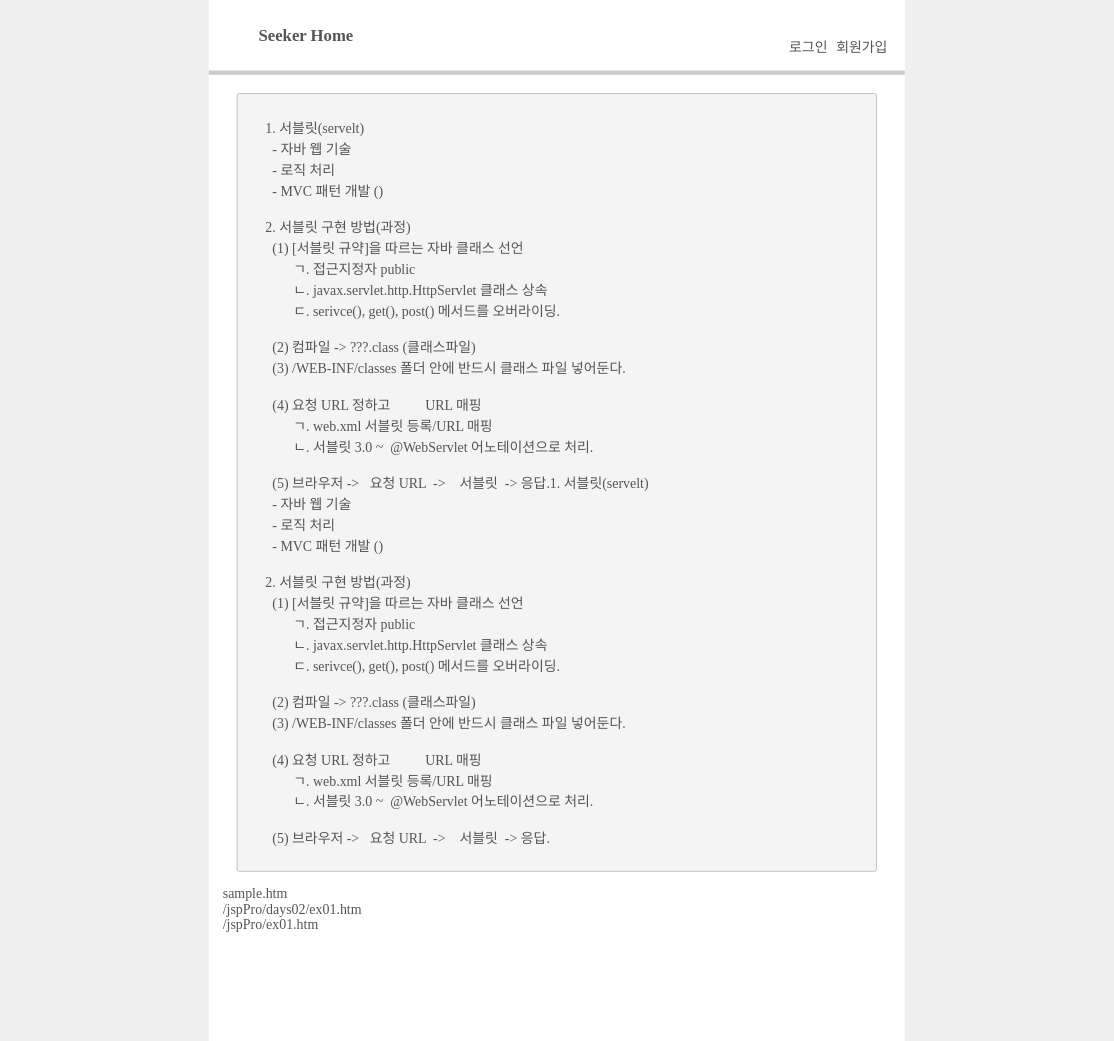
Repository: Seeker2250/JspTest
Page: http://localhost/jspPro/days02/ex03.jsp
The author's editor kept a copy of each file at every save. The page is drawn from the files as they stood at one save, then again after the next save.
The browser window is 1280 px wide. The pictures show the whole page, at 87% of full size.
Some web fonts or font styles are not loaded; a fallback is used. The page is served by Tomcat 9. Other server files are loaded and not shown.

Above is the page before, as saved 2024-10-16 07:17:45.

### jspPro/src/main/webapp/days02/ex03.jsp
<%@ page language="java" contentType="text/html; charset=UTF-8"
    pageEncoding="UTF-8"%>
<!DOCTYPE html>
<html>
<head>
<meta charset="UTF-8">
<title>Insert title here</title>
<link rel="shortcut icon" type="image/x-icon" href="http://localhost/jspPro/images/SiSt.ico">
<script src="https://ajax.googleapis.com/ajax/libs/jquery/3.7.1/jquery.min.js"></script>
<meta name="viewport" content="width=device-width, initial-scale=1.0">
<link rel="stylesheet" href="http://localhost/jspPro/resources/cdn-main/example.css">
<script src="http://localhost/jspPro/resources/cdn-main/example.js"></script>
<style>
 span.material-symbols-outlined{
    vertical-align: text-bottom;
 }
</style>
</head>
<body>
<header>
  <h1 class="main"><a href="#" style="position: absolute;top:30px;">Seeker Home</a></h1>
  <ul>
    <li><a href="#">로그인</a></li>
    <li><a href="#">회원가입</a></li>
  </ul>
</header>
<div>
 <xmp class="code">
    1. 서블릿(servelt)
      - 자바 웹 기술
      - 로직 처리
      - MVC 패턴 개발 ()

    2. 서블릿 구현 방법(과정)
      (1) [서블릿 규약]을 따르는 자바 클래스 선언
            ㄱ. 접근지정자 public
            ㄴ. javax.servlet.http.HttpServlet 클래스 상속
            ㄷ. serivce(), get(), post() 메서드를 오버라이딩.

      (2) 컴파일 -> ???.class (클래스파일)
      (3) /WEB-INF/classes 폴더 안에 반드시 클래스 파일 넣어둔다.

      (4) 요청 URL 정하고          URL 매핑
            ㄱ. web.xml 서블릿 등록/URL 매핑
            ㄴ. 서블릿 3.0 ~  @WebServlet 어노테이션으로 처리.

      (5) 브라우저 ->   요청 URL  ->    서블릿  -> 응답.1. 서블릿(servelt)
      - 자바 웹 기술
      - 로직 처리
      - MVC 패턴 개발 ()

    2. 서블릿 구현 방법(과정)
      (1) [서블릿 규약]을 따르는 자바 클래스 선언
            ㄱ. 접근지정자 public
            ㄴ. javax.servlet.http.HttpServlet 클래스 상속
            ㄷ. serivce(), get(), post() 메서드를 오버라이딩.

      (2) 컴파일 -> ???.class (클래스파일)
      (3) /WEB-INF/classes 폴더 안에 반드시 클래스 파일 넣어둔다.

      (4) 요청 URL 정하고          URL 매핑
            ㄱ. web.xml 서블릿 등록/URL 매핑
            ㄴ. 서블릿 3.0 ~  @WebServlet 어노테이션으로 처리.

      (5) 브라우저 ->   요청 URL  ->    서블릿  -> 응답.
  </xmp>

  <a href="sample.htm">sample.htm</a><br>
  <a href="/jspPro/days02/ex01.htm">/jspPro/days02/ex01.htm</a><br>
  <a href="/jspPro/ex01.htm">/jspPro/ex01.htm</a><br>
</div>
</body>
</html>

### jspPro/src/main/webapp/resources/cdn-main/example.css
@charset "UTF-8";

@import url('https://fonts.googleapis.com/css2?family=Material+Symbols+Outlined:opsz,wght,FILL,GRAD@20..48,100..700,0..1,-50..200');

@font-face {
    font-family: 'GmarketSansMedium';
    src: url('https://cdn.jsdelivr.net/gh/projectnoonnu/noonfonts_2001@1.1/GmarketSansMedium.woff') format('woff');
    font-weight: normal;
    font-style: normal;
}

:root {
	--text-color: #555;
	--sub-text-color: #777;
	--back-color: #EFEFEF;
	--header-color: #444;
	--primary-color: #DEDEDE;
	--secondary-color: #EFEFEF;
	--default-width: 800px;
	--narrow-width: 500px;
	--wide-width: 1200px;
	--text-font: 'GmarketSansMedium';
	--icon-font: 'Material Symbols Outlined';
	--border-color: #CCC;
}

html, body {
	margin: 0;
	padding: 0;
}

html {
	background-color: var(--back-color);
	display: flex;
	justify-content: center;
	min-height: 100vh;
}

body, body.default {
	width: var(--default-width);
	background-color: white;
	padding-bottom: 120px;
}

body.wide {
	width: var(--wide-width);
}

body.narrow {
	width: var(--narrow-width);
}



body, p, div, span, a, input, select, option, textarea, button, table, th, td, label, fieldset, legend {
	font-family: var(--text-font);
	color: var(--text-color);
}

h1, h2, h3 {
	font-family: var(--text-font);
	color: var(--header-color);
	padding: 0 1rem;
	padding-top: .5rem;
}

div > h1, div > h2, div > h3 {
	padding: 0;
}

body > div, body > main > div {
	padding: 0.3rem 1rem;
}


h1 { font-size: 2rem; border-bottom: 1px solid var(--border-color); }
h1 small { font-size: 1.2rem; color: var(--sub-text-color); }
h2 { font-size: 1.5rem; border-bottom: 1px dashed var(--border-color); }
h2 small { font-size: 1.1rem; color: --sub-text-color; }
h3 { font-size: 1.2rem; }
h3 small { font-size: 1rem; color: --sub-text-color; }



h1.main::before {
	font-family: var(--icon-font);
  	content: '\e666';
  	margin-right: 10px;
  	float: left;
	font-size: 2.5rem;
}

h1.sub::before {
	font-family: var(--icon-font);
  	content: '\ea19';
  	margin-right: 10px;
  	float: left;
	font-size: 2.5rem;
}


h1.page::before {
	font-family: var(--icon-font);
  	content: '\e0e0';
  	margin-right: 10px;
  	float: left;
	font-size: 2.5rem;
}

body > header > ul > li > .active{
	background-color: #FFF;
	color:#F00;
}

body > header {
	display: flex;
	justify-content: space-between;
	border-bottom: 5px solid var(--border-color);
	min-height: 74px;
	background-color: #FFF;
}

body > header.sticky {
	position: sticky;
	top: 0;
	z-index: 98;
}

body > header > h1 {
	font-size: 1.2rem;
	border: 0;
}

body > header.in > h1::before {
	font-family: var(--icon-font);
  	content: '\e332‥';
  	margin-right: 3px;
  	float: left;
	font-size: 2rem;
}


body > header > ul {
	list-style-type: none;
	display: flex;
	align-items: flex-end;
	margin-right: 10px;
}

body > header > ul > li {
	margin-right: 10px;
	cursor: pointer;
}

body > header > ul > li > a {
	cursor: pointer;
}


form {
	display: block;
}

form > div {
	padding: 0.3rem 1rem;
}

div > form > div {
	padding: 0.3rem 0;
}

input, textarea, button, select {
	border: 1px solid #BBB;
	border-radius: 3px;
	outline: none;
	resize: none;
	padding: 7px;
	margin: 0;
}

input[type=text]:read-only, textarea:read-only {
	cursor: not-allowed;
	background-color: #FFF;
}

input[type=text]:disabled, textarea:disabled {
	cursor: not-allowed;
	background-color: #EEE;
}

input[type=text], input[type=password], textarea, button, select {
	/* width: 300px; */
}

textarea {
	display: block;
	height: 100px;
}

input[type=button], input[type=submit], button {
	/* width: inherit; */
}

input.short, textarea.short, button.short, select.short {
	width: 100px;
}

input.long, textarea.long, button.long, select.long {
	width: 350px;
}

.narrow input.long, .narrow textarea.long, .narrow button.long, .narrow select.long {
	width: calc(100% - 20px);
}

input.full, textarea.full, button.full, select.full {
	width: calc(100% - 20px);
}

textarea.short {
	height: 50px;
}

textarea.long {
	height: 100px;
}

textarea.full {
	height: 200px;
}

input, textarea {
	padding-top: 8px;
}

input[type=button], input[type=submit], button {
	padding: 5px 10px;
	background-color: var(--secondary-color);
	cursor: pointer;
	min-height: 36px;
}

input[type=button].primary, input[type=submit].primary, button.primary {
	/* background-color: rgba(100, 149, 237, .2); */
	background-color: var(--primary-color);
}

input[type=button].primary:hover, input[type=submit].primary:hover, button.primary:hover {
	/* background-color: rgba(100, 149, 237, .3); */
	background-color: var(--secondary-color);
}

input[type=button]:hover, input[type=submit]:hover, button:hover {
	background-color: var(--primary-color);
}

button {
	position: relative;
	left: 0;
	top: 0;
	padding-left: 35px;
}

button .material-symbols-outlined {
	position: absolute;
	left: 10px;
	top: 4px;
}

/* k2nik add */
button.login::before {
	font-family: var(--icon-font);
  	content: '\ea77';
	position: absolute;
	left: 11px;
	top: 4px;
	font-size: 1.25rem;
}

/* k2nik logout */
button.logout::before {
	font-family: var(--icon-font);
  	content: '\e9ba';
	position: absolute;
	left: 11px;
	top: 4px;
	font-size: 1.25rem;
}

/* k2nik help */
button.help::before {
	font-family: var(--icon-font);
  	content: '\f1c0';
	position: absolute;
	left: 11px;
	top: 4px;
	font-size: 1.25rem;
}

button.add::before{
	font-family: var(--icon-font);
  	content: '\e746';
	position: absolute;
	left: 11px;
	top: 4px;
	font-size: 1.25rem;
}

button.back::before {
	font-family: var(--icon-font);
  	content: '\e166';
	position: absolute;
	left: 11px;
	top: 4px;
	font-size: 1.25rem;
}

button.list::before {
	font-family: var(--icon-font);
  	content: '\e0ee';
	position: absolute;
	left: 11px;
	top: 4px;
	font-size: 1.25rem;
}


button.del::before {
	font-family: var(--icon-font);
  	content: '\e872';
	position: absolute;
	left: 11px;
	top: 4px;
	font-size: 1.25rem;
}


button.edit::before {
	font-family: var(--icon-font);
  	content: '\e745';
	position: absolute;
	left: 11px;
	top: 4px;
	font-size: 1.25rem;
}


button.login::before {
	font-family: var(--icon-font);
  	content: '\ea77';
	position: absolute;
	left: 11px;
	top: 4px;
	font-size: 1.25rem;
}


button.logout::before {
	font-family: var(--icon-font);
  	content: '\e9ba';
	position: absolute;
	left: 11px;
	top: 4px;
	font-size: 1.25rem;
}


button.in::before {
	font-family: var(--icon-font);
  	content: '\f71a';
	position: absolute;
	left: 11px;
	top: 4px;
	font-size: 1.25rem;
}


button.out::before {
	font-family: var(--icon-font);
  	content: '\f70e';
	position: absolute;
	left: 11px;
	top: 4px;
	font-size: 1.25rem;
}


button.reply::before {
	font-family: var(--icon-font);
  	content: '\e15e';
	position: absolute;
	left: 11px;
	top: 4px;
	font-size: 1.25rem;
}


button.comment::before {
	font-family: var(--icon-font);
  	content: '\e0b9';
	position: absolute;
	left: 11px;
	top: 4px;
	font-size: 1.25rem;
}


button.modal::before {
	font-family: var(--icon-font);
  	content: '\e89e';
	position: absolute;
	left: 11px;
	top: 4px;
	font-size: 1.25rem;
}


button.ok::before {
	font-family: var(--icon-font);
  	content: '\e86c';
	position: absolute;
	left: 11px;
	top: 4px;
	font-size: 1.25rem;
}


button.cancel::before {
	font-family: var(--icon-font);
  	content: '\e5c9';
	position: absolute;
	left: 11px;
	top: 4px;
	font-size: 1.25rem;
}

button.search::before {
	font-family: var(--icon-font);
  	content: '\e8b6';
	position: absolute;
	left: 11px;
	top: 4px;
	font-size: 1.25rem;
}

button.home::before {
	font-family: var(--icon-font);
  	content: '\e88a';
	position: absolute;
	left: 11px;
	top: 4px;
	font-size: 1.25rem;
}


button.sidebar::before {
	font-family: var(--icon-font);
  	content: '\f7e4';
	position: absolute;
	left: 11px;
	top: 4px;
	font-size: 1.25rem;
}


button.sidebar-right::before {
	font-family: var(--icon-font);
  	content: '\f7e5';
	position: absolute;
	left: 11px;
	top: 4px;
	font-size: 1.25rem;
}




button::before {
	font-family: var(--icon-font);
  	content: '\e323';
	position: absolute;
	left: 11px;
	top: 4px;
	font-size: 1.25rem;
}


table {
	border-collapse: collapse;
	margin: 1rem;
	box-sizing: border-box;
	width: calc(100% - 32px);
}

table.content {
	width: auto;
}

div > table {
	margin: 0;
}

table th, table td {
	border: 1px solid var(--border-color);
	padding: 7px;
	font-weight: normal;
}

table th {
	background-color: var(--back-color);
}

table.vertical th {
	width: 150px;
}

table.vertical td {
	width: calc(100% - 182px);
	padding-left: 10px;
}

table.content td, table.content th {
	width: auto;
}

body.narrow table.vertical th {
	width: 100px;
}

body.narrow table.vertical td {
	width: calc(100% - 182px);
}


table + table {
	margin-top: 30px;
}


p {
	padding: 0 1rem;
}

a {
	text-decoration: none;
}

a:hover {
	color: rgba(255, 99, 71, .7);
}

hr {
	border: 0;
	border-top: 1px solid var(--border-color);
	margin: 2rem 0;
}

.message {
	border: 1px solid var(--border-color);
	background-color: #EFEFEF;
	margin: 1rem;
	width: auto;
	padding-top: 10px;
	padding-bottom: 10px;
	font-size: 14px;
}

.message[title]::before {
	content: attr(title);
	display: block;
	border-bottom: 1px solid var(--border-color);
	padding-bottom: 5px;
	margin-bottom: 10px;
	margin-top: 7px;
}

.message.short {
	max-width: 250px;
}

.message.long {
	max-width: 500px;
}

.badge {
	float: right;
	font-size: .8rem;
	margin-top: 2px;
	margin-right: 2px;
	text-shadow: 0 0 7px gray;
}

.badge.left {
	float: none;
	margin-left: 2px;
}

.badge.right {
	float: right;
}

.badge.red {
	border-radius: 50%;
	padding: 2px 5px;
	background-color: rgb(255, 99, 71, .3);
}

.badge.yellow {

	border-radius: 50%;
	padding: 2px 5px;
	background-color: rgb(255, 215, 0, .5);
}

.badge.blue {
	border-radius: 50%;
	padding: 2px 5px;
	background-color: rgb(100, 149, 237, .3);
}

label + label {
	margin-left: 7px;
}

label input[type=checkbox], label input[type=radio] {
	transform: translate(0, 1px);
}

.group {
	display: flex;
}

.modal-content .group {
	margin-bottom: .5rem;
}

.group label {
	border: 1px solid #BBB;
	border-radius: 3px;
	outline: none;
	resize: none;
	padding: 7px 14px;
	margin: 0;
	border-top-right-radius: 0;
	border-bottom-right-radius: 0;
	background-color: #EFEFEF;
	white-space: nowrap;
	font-size: 14px;
}

.group input[type=text] {
	margin-left: -1px;
	border-top-left-radius: 0;
	border-bottom-left-radius: 0;
}

.group select {
	margin-left: -1px;
	border-top-left-radius: 0;
	border-bottom-left-radius: 0;
}

.group input.full[type=text] {
	margin-left: -1px;
	border-top-left-radius: 0;
	border-bottom-left-radius: 0;
	width: 100%;
}

.group input[type=button]:first-child, .group button:first-child {
	border-top-left-radius: 3px;
	border-bottom-left-radius: 3px;
	margin-left: 0px;
}

.group input[type=button], .group button {
	border-radius: 0;
	margin-left: -1px;
}

.group input[type=button]:last-child, .group button:last-child {
	margin-left: -1px;
	border-top-right-radius: 3px;
	border-bottom-right-radius: 3px;
}

.seperate {
	display: flex;
	justify-content: space-between;
}

div.list {
	width: max-content;
	margin: 1rem;
	border: 1px solid #BBB;
	border-radius: 3px;
	padding: 0;
}

div.list.full {
	width: auto;
	display: block;
	margin: 1rem;
	border: 1px solid #BBB;
	border-radius: 3px;
	padding: 0;
}

div.list > div {
	padding: .5rem 1rem;
	margin: 0;
	border-bottom: 1px solid #BBB;
}

div.list > div:last-child {
	border-bottom: 0;
}

pre.code , xmp.code{
	font-family: consols;
	background-color: rgba(150, 150, 150, .1);
	border: 1px solid #BBB;
	border-radius: 3px;
	padding: .5rem 1rem;
	padding-bottom: .6rem;
	margin: 1rem;
}




*[data-modal-window] {
	position: fixed;
	background-color: rgba(0, 0, 0, .3);
	left: 0;
	top: 0;
	display: none;
	justify-content: center;
	align-items: flex-start;
	width: 100%;
	min-height: 100vh;
	z-index: 100;
	opacity: 0;
	transition: 500ms all;
}

*[data-modal-window] .modal-container {
	border-radius: 5px;
	padding: 1rem;
	padding-bottom: .5rem;
	margin-top: -500px;
	opacity: 0;
	width: 500px;
	background-color: #FFF;
	margin-right: 2rem;
	transition: 500ms all;
}

*[data-modal-size=content] .modal-container {
	width: auto;
}

*[data-modal-size=narrow] .modal-container {
	width: 300px;
}

*[data-modal-size=wide] .modal-container {
	width: 760px;
}


*[data-modal-window] .modal-header {
	border-bottom: 1px solid var(--border-color);
	padding: 2px 5px;
}

*[data-modal-window] .modal-content {
	padding: 1rem 5px;
}

*[data-modal-window] .modal-content div:last-child {
	margin-top: 1rem;
	text-align: right;
}



*[data-sidebar-window] {
	position: fixed;
	background-color: #FFF;
	left: 0;
	top: 0;
	display: block;
	width: 300px;
	border-right: 1px solid var(--border-color);
	box-sizing: border-box;
	box-shadow: 0 0 3px var(--back-color);
	min-height: 100vh;
	z-index: 99;
	transform: translate(-300px, 0);
	transition-duration: 500ms;
	transition-property: transform;
}

*[data-sidebar-direction=right] {
	left: auto;
	right: 0;
	transform: translate(300px, 0);
	border-left: 1px solid var(--border-color);
}

*[data-sidebar-size=wide] {
	width: 500px;
	transform: translate(-500px, 0);
}

*[data-sidebar-window] .sidebar-title {
	border-bottom: 1px solid var(--border-color);
	margin-top: 20px;
	margin-bottom: 20px;
	padding-bottom: 5px;
	display: flex;
	justify-content: space-between;
}

*[data-sidebar-window] .sidebar-title span:last-child {
	cursor: pointer;
}


/* K2Nik pagination */
.center {
  text-align: center;
}

.pagination {
  display: inline-block;
}

.pagination a {
  color: black;
  float: left;
  padding: 3px 6px;
  text-decoration: none;
  transition: background-color .3s;
  border: 1px solid #ddd;
  margin: 0 3px;
}

.pagination a.active {
  background-color: #4CAF50;
  color: white;
  border: 1px solid #4CAF50;
}

.pagination a:hover:not(.active) {background-color: #ddd;}

Loaded but not shown: jspPro/src/main/webapp/resources/cdn-main/example.js (141 lines, source omitted)

After the next save:
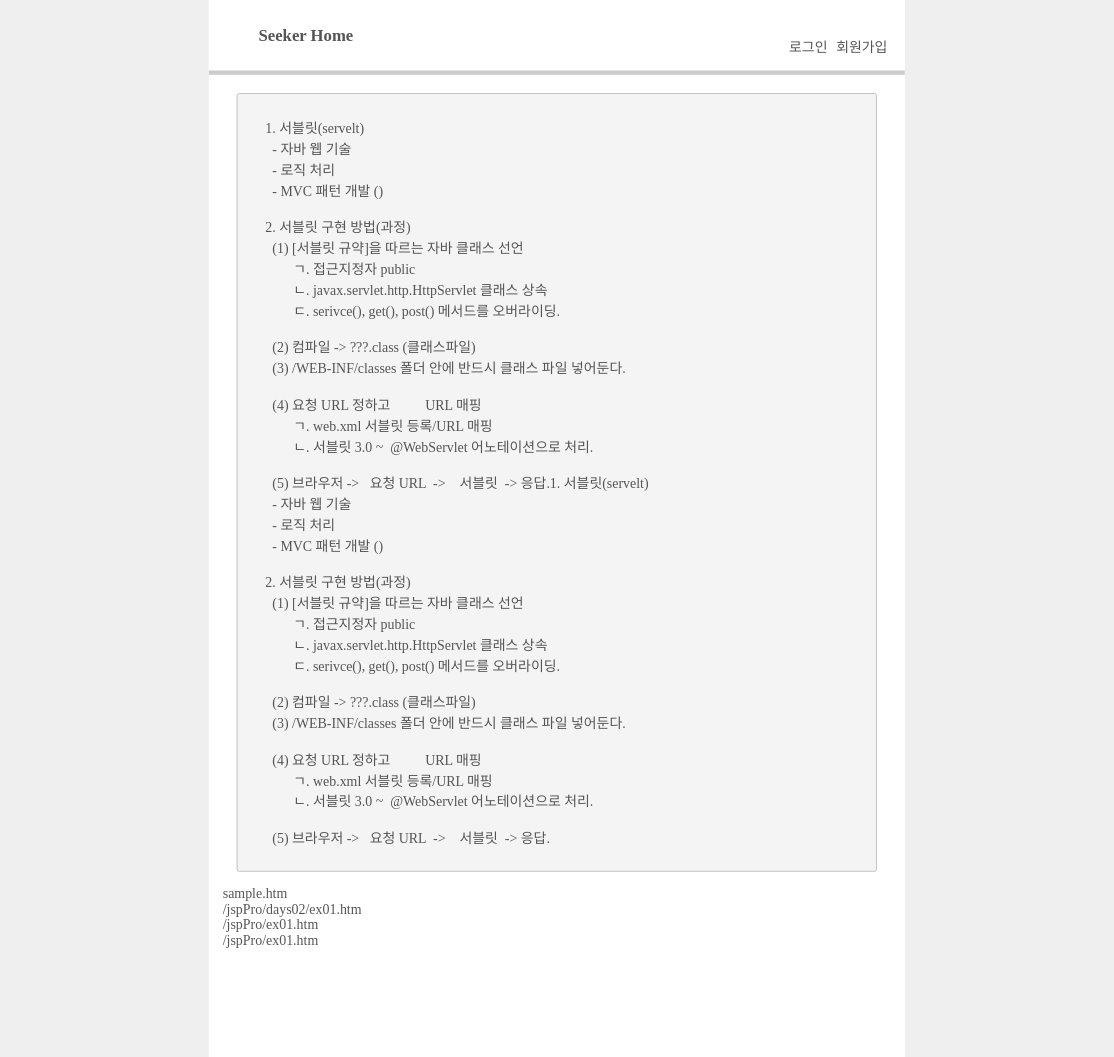
Saved 4 min 34 s later.
--- a/jspPro/src/main/webapp/days02/ex03.jsp
+++ b/jspPro/src/main/webapp/days02/ex03.jsp
@@ -68,6 +68,7 @@
   <a href="sample.htm">sample.htm</a><br>
   <a href="/jspPro/days02/ex01.htm">/jspPro/days02/ex01.htm</a><br>
   <a href="/jspPro/ex01.htm">/jspPro/ex01.htm</a><br>
+  <a href="/days02/now/do">/jspPro/ex01.htm</a><br>
 </div>
 </body>
 </html>

After the 2 saves that followed:
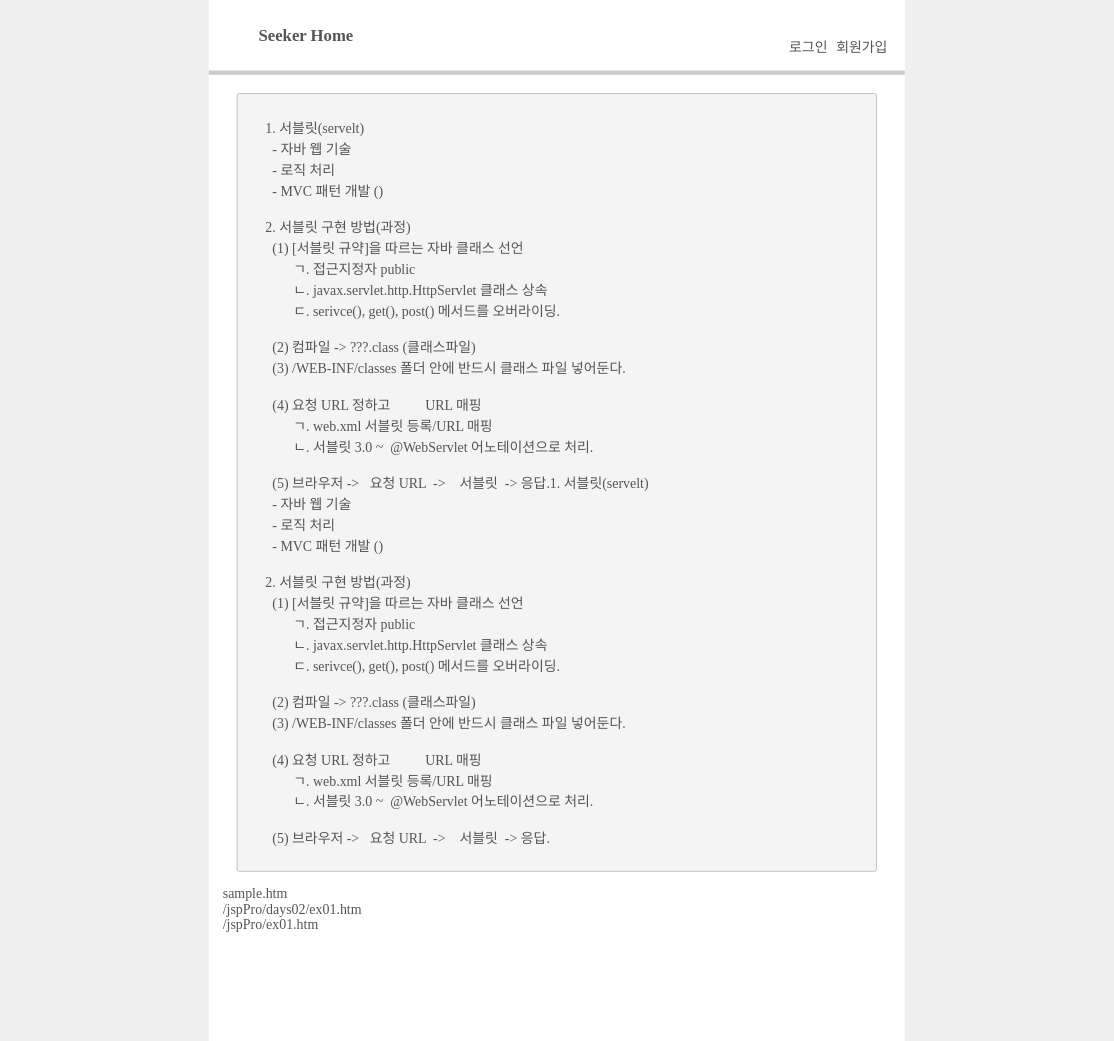
The 2 saves are shown as one change because 1 left the picture as it was.
The last was saved 76 s later.
--- a/jspPro/src/main/webapp/days02/ex03.jsp
+++ b/jspPro/src/main/webapp/days02/ex03.jsp
@@ -68,7 +68,7 @@
   <a href="sample.htm">sample.htm</a><br>
   <a href="/jspPro/days02/ex01.htm">/jspPro/days02/ex01.htm</a><br>
   <a href="/jspPro/ex01.htm">/jspPro/ex01.htm</a><br>
-  <a href="/days02/now/do">/jspPro/ex01.htm</a><br>
+  <!-- <a href="/days02/now.do">/jspPro/ex01.htm</a><br> -->
 </div>
 </body>
 </html>
